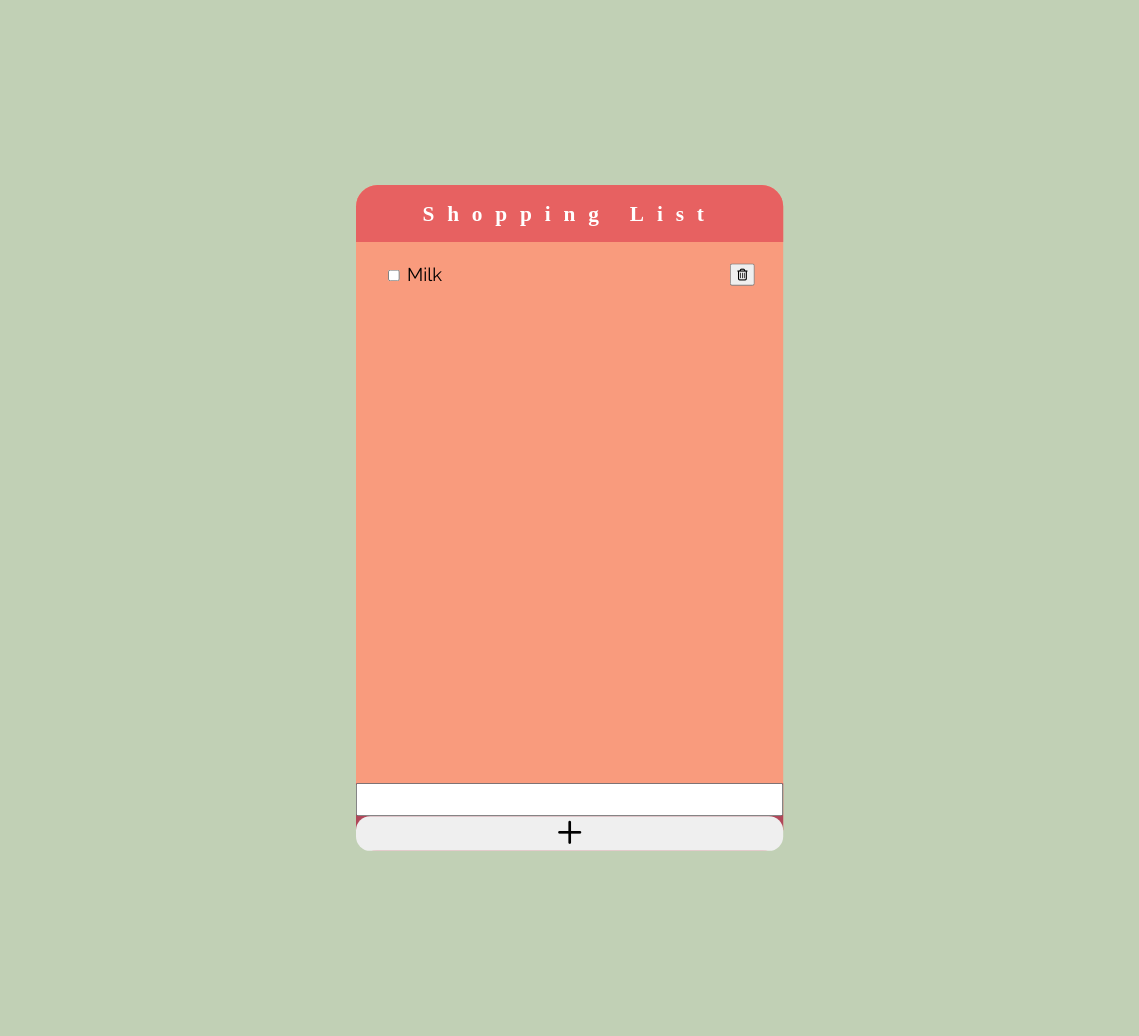
Repository: sephinejo/shopping-list-app
Page: index.html
The author's editor kept a copy of each file at every save. The page is drawn from the files as they stood at one save, then again after the next save.
The browser window is 1280 px wide. The pictures show the whole page, at 89% of full size.
Some web fonts or font styles are not loaded; a fallback is used. Some web libraries are served in a nearby version.

Above is the page before, as saved 2023-05-12 11:18:29.

After the next save:
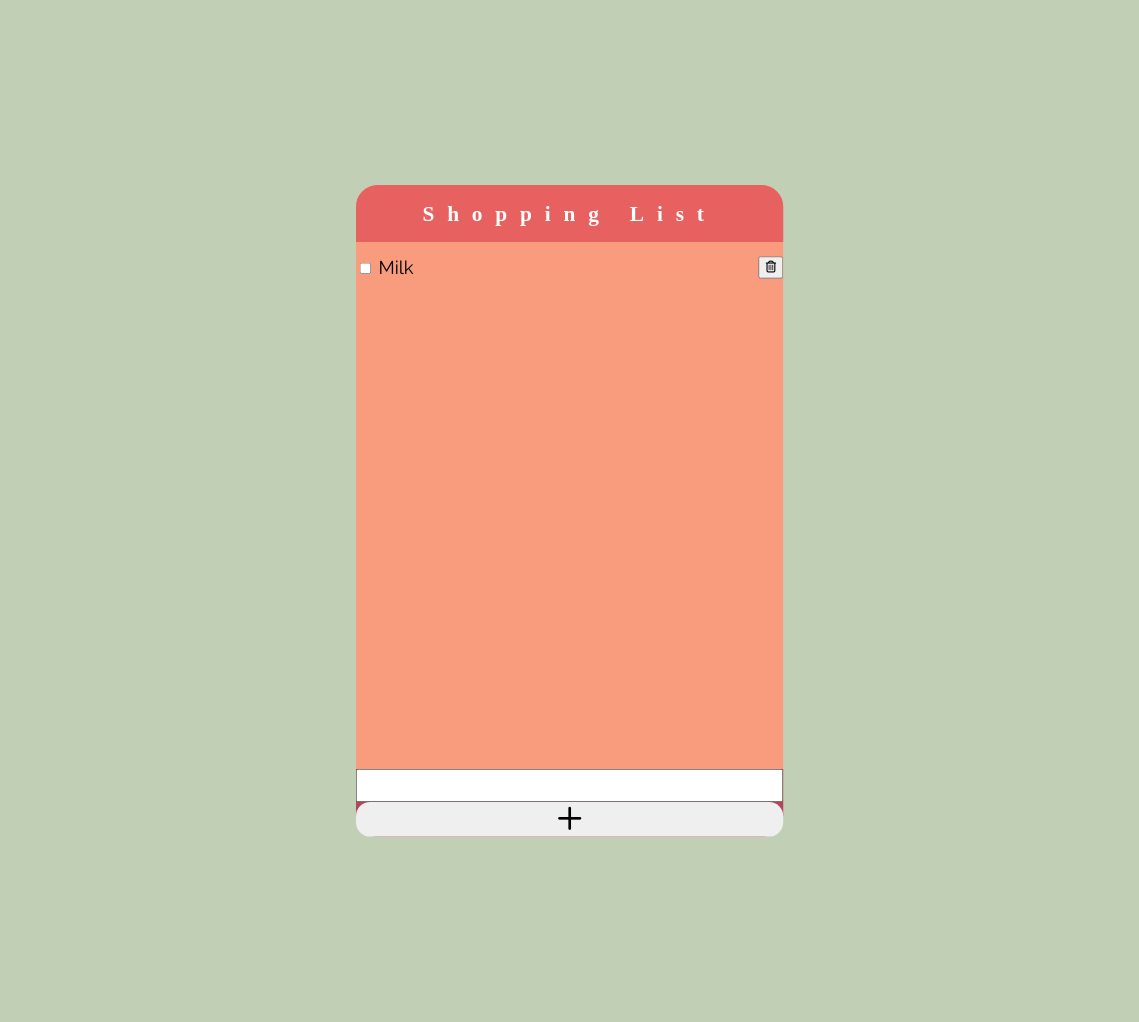
Saved 4 h 33 min later.
--- a/style.css
+++ b/style.css
@@ -29,7 +29,6 @@ body {
 .items {
   height: 35rem;
   overflow-y: auto;
-  margin: 1.5rem 2rem;
   padding: 0;
 }
 
